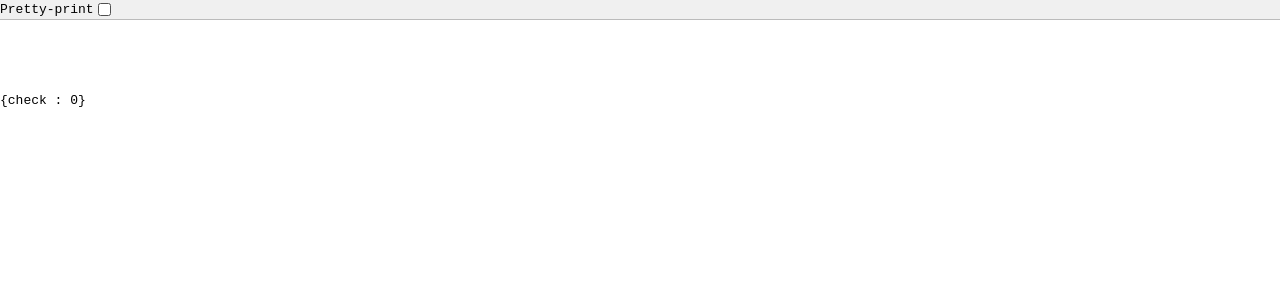
Repository: 2JISUN/hta-lecture-basic
Page: http://localhost/jsp04/member/idCheck.jsp
The author's editor kept a copy of each file at every save. The page is drawn from the files as they stood at one save, then again after the next save.
The browser window is 1280 px wide. The pictures show the whole page.
The page is served by Tomcat 10. Queries for data that is not in the repository find no rows.

Above is the page before, as saved 2023-09-18 06:24:09.

After the next save:
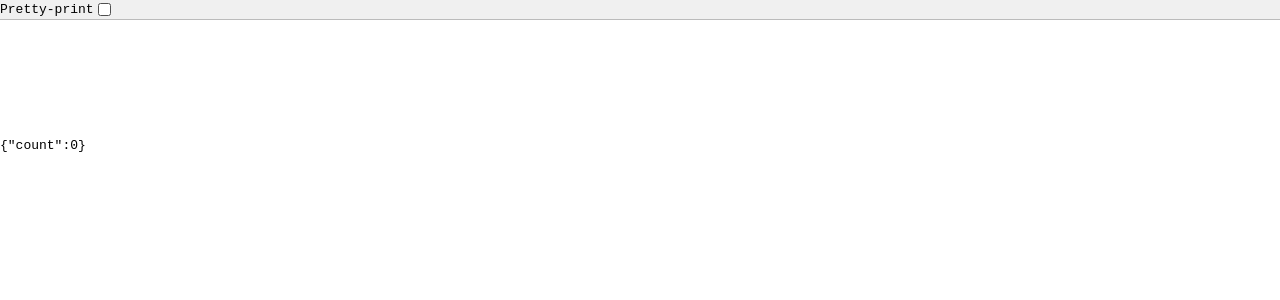
Saved 12 min 24 s later.
--- a/jsp-lecture/jsp04/src/main/webapp/member/idCheck.jsp
+++ b/jsp-lecture/jsp04/src/main/webapp/member/idCheck.jsp
@@ -1,3 +1,6 @@
+<%@page import="com.google.gson.Gson"%>
+<%@page import="java.util.Map"%>
+<%@page import="java.util.HashMap"%>
 <%@page import="java.sql.ResultSet"%>
 <%@page import="java.sql.PreparedStatement"%>
 <%@page import="common.JDBCConnect"%>
@@ -30,7 +33,11 @@
 		out.println(result);
 	}
 
-	out.println("{check : " + result+"}");
+	Map<String,Integer> map = new HashMap<>();
+	map.put("count",result);
+	Gson gson = new Gson();
+	String json = gson.toJson(map);
+	out.println(json);
 
 
 
